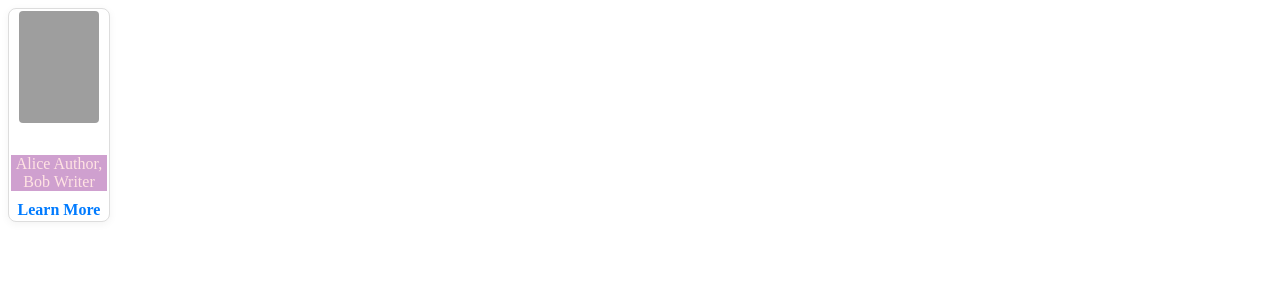
Repository: Micaelavalmores/BookCatalog
Page: /
These files come from the project's save history. The page is drawn as it stood at one moment and after the next save; the edit follows.
The browser window is 1280 px wide. The pictures show the whole page.
Pictures or frames that could not be fetched are drawn as grey boxes. The project was rebuilt for these pictures with package versions that can differ from the ones it lists, and the page was loaded fresh each time. Also part of the build but not shown: vite.config.js, src/index.css.

Above is the page before, as saved 2025-09-16 22:50:10.

### index.html
<!doctype html>
<html lang="en">
  <head>
    <meta charset="UTF-8" />
    <meta name="viewport" content="width=device-width, initial-scale=1.0" />
    <title>Book Catalog</title>
  </head>
  <body>
    <div id="root"></div>
    <script type="module" src="/src/main.jsx"></script>
  </body>
</html>

### src/main.jsx
import React from 'react';
import { createRoot } from 'react-dom/client';
import './index.css';
import Book from './assets/book.jsx';

const root = createRoot(document.getElementById("root"));

root.render(
  <React.StrictMode>
    <Book
      image="https://img.freepik.com/free-vector/stack-colorful-books_1308-171744.jpg?semt=ais_incoming&w=740&q=80"
      authors="Alice Author, Bob Writer"
      link="https://example.com/book-info"
    />
  </React.StrictMode>
);

### src/assets/book.jsx

import React from "react";
import "./book.css";

const book = ({ image, title, authors, link }) => (
  <div className="book-container">
    <img className="book-image" src={image} alt={title} />
    <div className="book-info">
      <h2 className="book-title">{title}</h2>
      <p className="book-authors">{authors}</p>
      <a className="book-link" href={link} target="_blank" rel="noopener noreferrer">
        Learn More
      </a>
    </div>
  </div>
);

export default book;

### src/assets/book.css
.book-container {
    max-width: 6em;
    border: 1px solid #ddd;
    border-radius: 8px;
    padding: 2px ;
    display: flex;
    flex-direction: column;
    align-items: center;
    background: #fff;
    box-shadow: 0 2px 8px rgba(0,0,0,0.05);
  }

  .book-image {
    width: 5em;
    height: 7em;
    object-fit: cover;
    margin-bottom: 12px;
    border-radius: 4px;
  }

  .book-info {
    width: 100%;
    text-align: center;
  }


  .book-authors {
    color: #ffe3e3;
    margin-bottom: 10px;
    background: rgb(207, 160, 207);
  }

  .book-link {
    display: inline-block;
    color: #007bff;
    text-decoration: none;
    font-weight: bold;
    transition: color 0.2s;
  }

  .book-link:hover {
    color: #0056b3;
  }

After the next save:
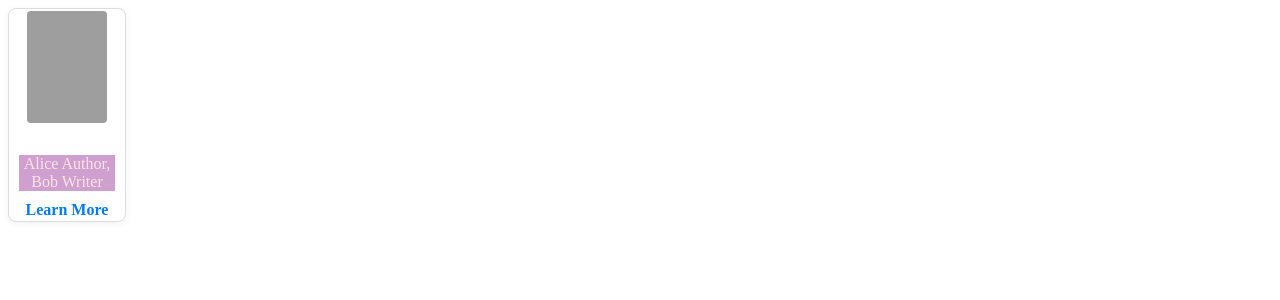
Saved 4 s later.
--- a/src/assets/book.css
+++ b/src/assets/book.css
@@ -2,7 +2,7 @@
     max-width: 6em;
     border: 1px solid #ddd;
     border-radius: 8px;
-    padding: 2px ;
+    padding: 2px 10px;
     display: flex;
     flex-direction: column;
     align-items: center;
